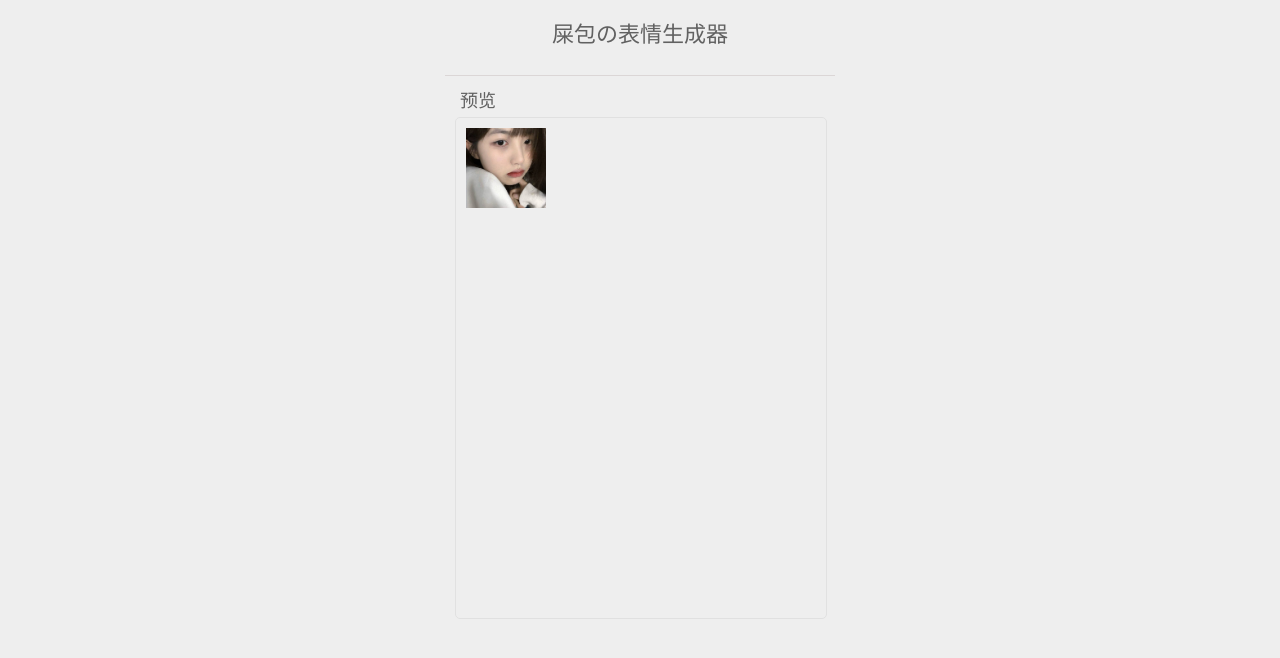
Repository: long-zuyang/shibao
Page: /
An editor plug-in stored every save of this project. The page is shown before and after a run of saves, followed by the edit.
The browser window is 1280 px wide. The pictures show the whole page.
The project was rebuilt for these pictures with package versions that can differ from the ones it lists, and the page was loaded fresh each time. Also part of the build but not shown: vite.config.ts.

Above is the page before, as saved 2023-06-30 00:53:56.

After the next 2 saves:
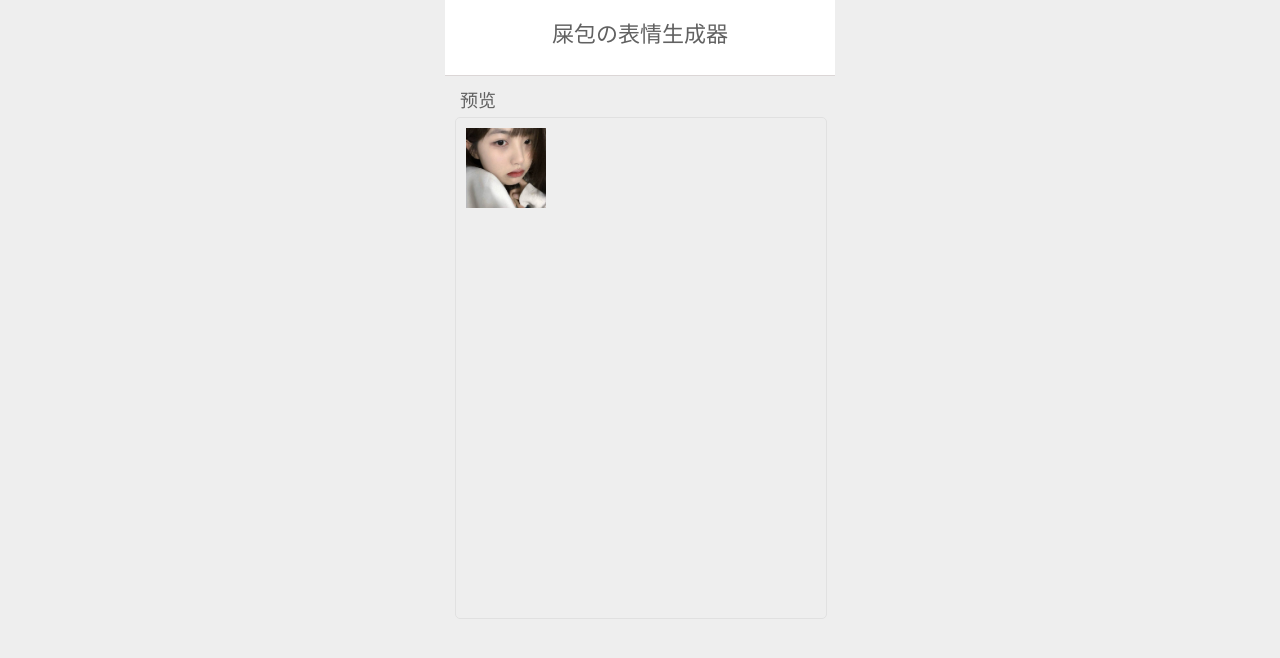
The 2 saves are shown as one change because they came seconds apart.
The last was saved 57 s later.
--- a/src/App.less
+++ b/src/App.less
@@ -8,6 +8,7 @@ body {
       height: 75px;
       position: relative;
       border-bottom: 1px solid rgb(219, 214, 214);
+      background-color: #fff;
       .name {
         color: #616161;
         font-size: 22px;
